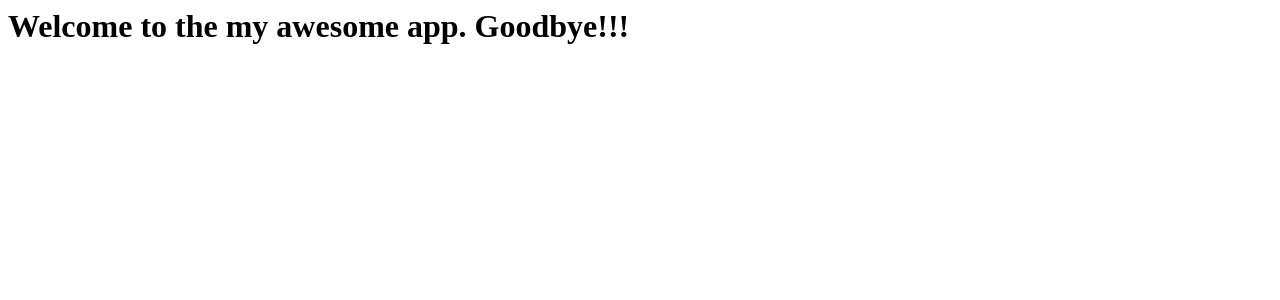
Repository: 2502-feb25-java-org/lev_project1
Page: ERS/src/main/webapp/partials/employee.html
These files come from the project's save history. The page is drawn as it stood at one moment and after the next save; the edit follows.
The browser window is 1280 px wide. The pictures show the whole page.

Above is the page before, as saved 2019-03-27 19:44:37.

### ERS/src/main/webapp/partials/employee.html
<h1>Welcome to the my awesome app. Goodbye!!!</h1>

After the next save:
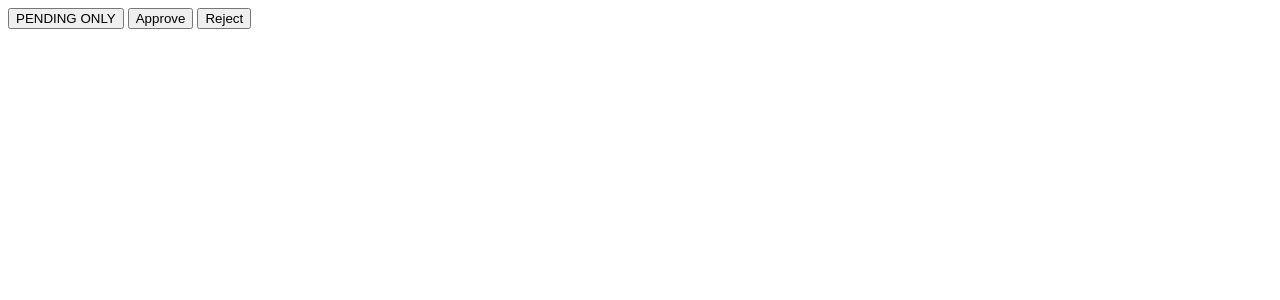
Saved 22 min 48 s later.
--- a/ERS/src/main/webapp/partials/employee.html
+++ b/ERS/src/main/webapp/partials/employee.html
@@ -1 +1,4 @@
-<h1>Welcome to the my awesome app. Goodbye!!!</h1>
+<div id="table"></div>
+<button type="button" id="pending">PENDING ONLY</button>
+<button type="button" id="approve">Approve</button>
+<button type="button" id="reject">Reject</button>
